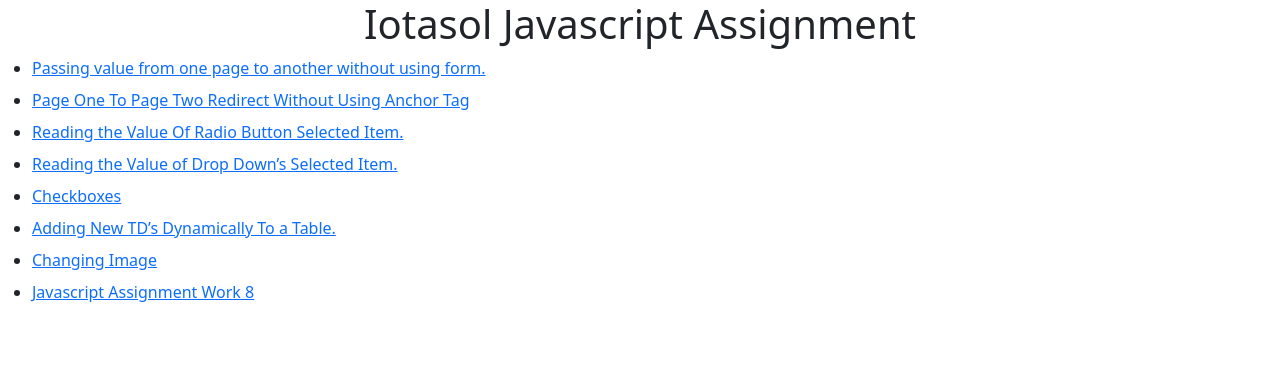
Repository: ishanbassi/iotasol-assignments
Page: /
These files come from the project's save history. The page is drawn as it stood at one moment and after the next save; the edit follows.
The browser window is 1280 px wide. The pictures show the whole page.
The project was rebuilt for these pictures with package versions that can differ from the ones it lists, and the page was loaded fresh each time. The framework's server and built-in components were replaced by stand-ins that run in the browser. Also part of the build but not shown: styles/global.css.

Above is the page before, as saved 2022-11-11 13:42:36.

### pages/_app.tsx
import "../styles/global.css"
import 'bootstrap/dist/css/bootstrap.min.css';
export default function App({Component,ComponentProps}){
    return(
        <Component {...ComponentProps}/>
    )
}

### pages/index.tsx
import styles from '../styles/home.module.css'
import Link from 'next/link'
export default function Home() {
  return(
    <>
      <header className={styles.header}>
        <h1>Iotasol Javascript Assignment</h1>
      </header>

      <ul className={styles.taskList}>
        <li>
          <Link href="/iotasol/work-1">Passing value from one page to another without using form.</Link>
        </li>
        <li>
          <Link href="/iotasol/work-2">Page One To Page Two Redirect Without Using Anchor Tag</Link>
        </li>
        <li>
          <Link href="/iotasol/work-3">Reading the Value Of Radio Button Selected Item.</Link>
        </li>
        <li>
          <Link href="/iotasol/work-4">Reading the Value of Drop Down’s Selected Item.</Link>
        </li>
        <li>
          <Link href="/iotasol/work-5">Checkboxes</Link>
        </li>
        <li>
          <Link href="/iotasol/work-6">Adding New TD’s Dynamically To a Table.</Link>
        </li>
        <li>
          <Link href="/iotasol/work-7">Changing Image</Link>
        </li>
        <li>
          <Link href="/iotasol/work-8">Javascript Assignment Work 8</Link>
        </li>
      </ul>

    </>

  )
}

### styles/Home.module.css
.header{
    text-align: center;
}
.taskList>li{
    padding-bottom:.5em;
}

After the next save:
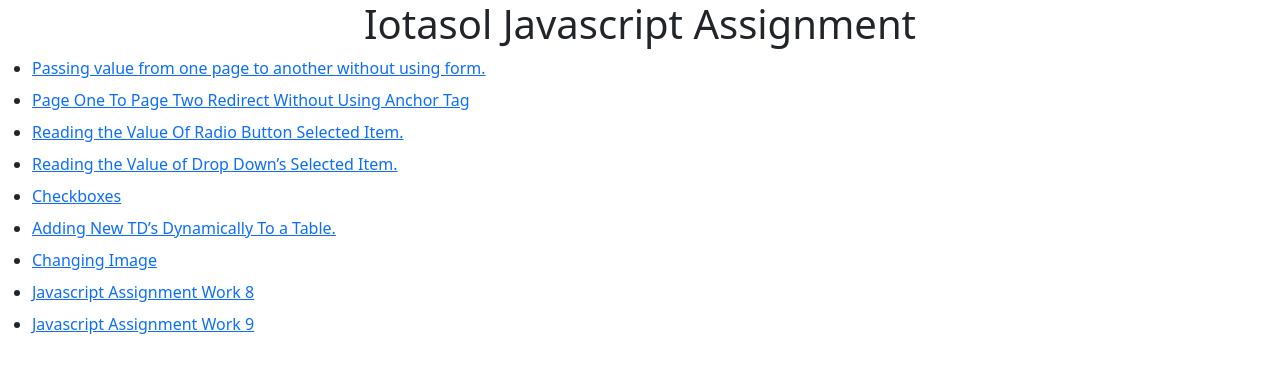
Saved 32 s later.
--- a/pages/index.tsx
+++ b/pages/index.tsx
@@ -32,6 +32,9 @@ export default function Home() {
         <li>
           <Link href="/iotasol/work-8">Javascript Assignment Work 8</Link>
         </li>
+        <li>
+          <Link href="/iotasol/work-9">Javascript Assignment Work 9</Link>
+        </li>
       </ul>
 
     </>
